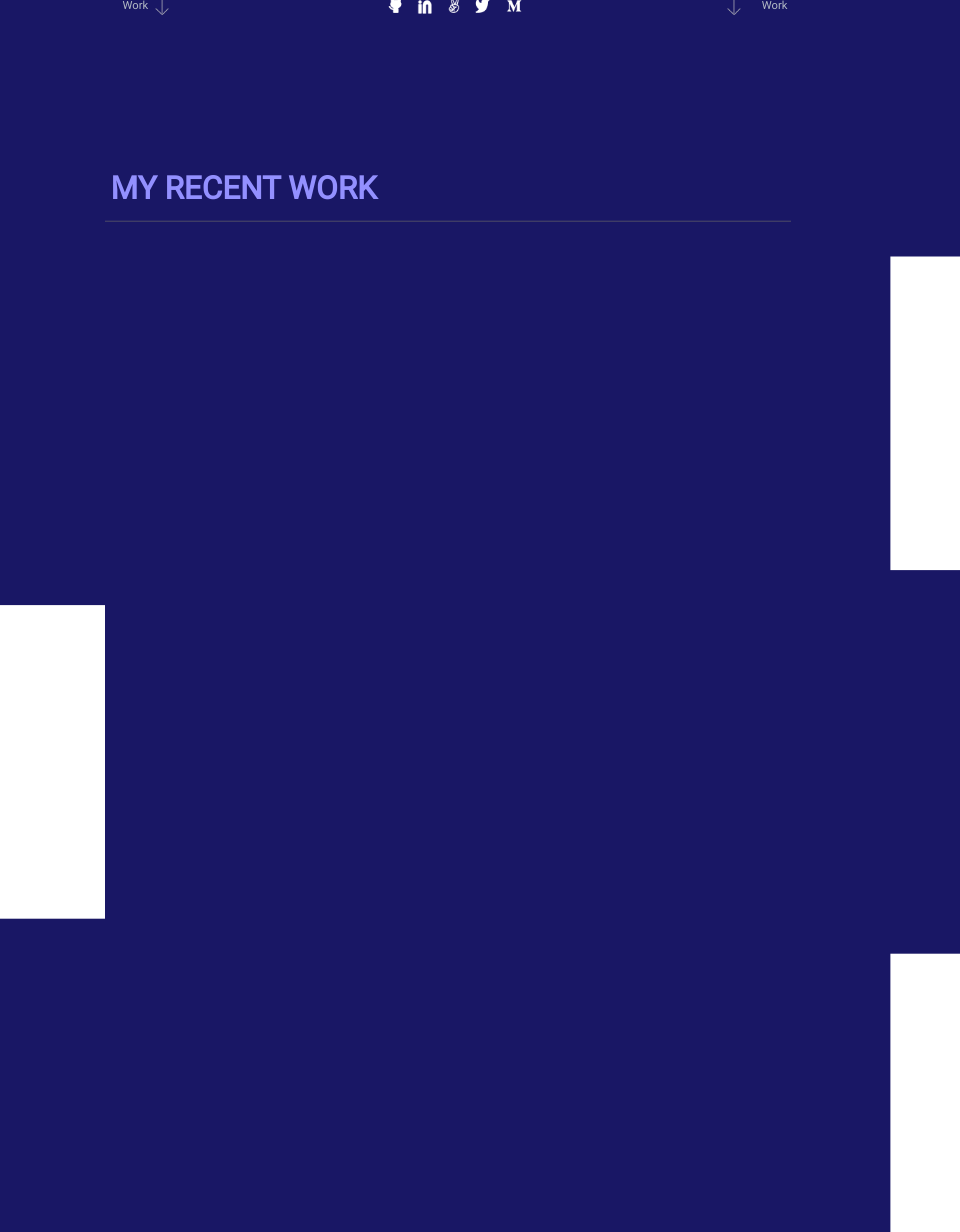
Repository: mustabbas/Portfolio
Page: index.html
These files come from the project's save history. The page is drawn as it stood at one moment and after the next save; the edit follows.
The browser window is 1280 px wide. The page is 1280 px wide, then 1371 px, so the pictures cover 1371 px, including what lies to the right of the window. The pictures show the part of the page from y = 848 to 2608 px (the page is 4256 px tall before and 4830 px after), at 70% of full size.

Above is the page before, as saved 2021-08-25 02:05:29.

After the next save:
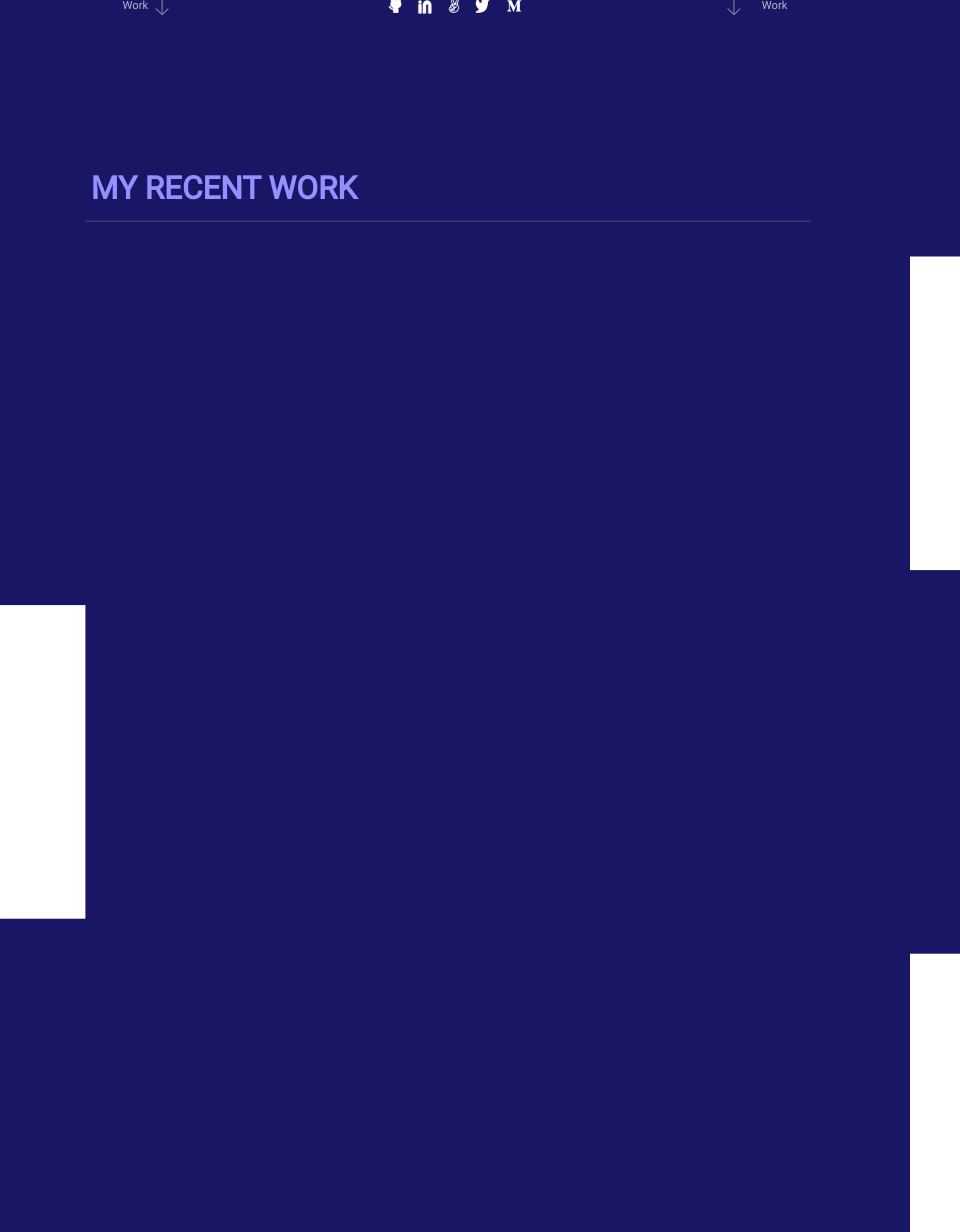
Saved 73 s later.
--- a/index.html
+++ b/index.html
@@ -19,23 +19,6 @@
     </script>
   </head>
   <body>
-<head>
-    <meta charset="UTF-8">
-    <meta name="viewport" content="width=device-width, initial-scale=1.0">
-    <meta http-equiv="X-UA-Compatible" content="ie=edge">
-    <link rel="stylesheet" href="style.css"/>
-    <title>Mustafa Portfolio</title>
-    <!-- Global site tag (gtag.js) - Google Analytics -->
-<script async src="https://www.googletagmanager.com/gtag/js?id=G-TS9HX0J7DB"></script>
-<script>
-  window.dataLayer = window.dataLayer || [];
-  function gtag(){dataLayer.push(arguments);}
-  gtag('js', new Date());
-
-  gtag('config', 'G-TS9HX0J7DB');
-</script>
-</head>
-<body>
     <section class="container">
       <header class="header">
         <a href="#">Mustafa Abbas</a>
@@ -161,6 +144,7 @@
       </div>
       <div class="card card-left">
         <img src="./assets/img/Placeholder.png" alt="recent-work" />
+<<<<<<< HEAD
         <div class="card-body">
           <h4>Multi-Post Stories</h4>
           <p>A daily selection of privately personalized reads; no accounts or sign-ups required. has been the industry's standard dummy text ever since the 1500s, when an unknown printer took a standard dummy text.</p>
@@ -178,21 +162,43 @@
       </div>
       <div class="card card-reverse">
         <img src="./assets/img/Placeholder.png" alt="recent-work" />
-        <div class="card-body">
-          <h4>Multi-Post Stories</h4>
-          <p>A daily selection of privately personalized reads; no accounts or sign-ups required. has been the industry's standard dummy text ever since the 1500s, when an unknown printer took a standard dummy text.</p>
-          <ul>
-            <li>css</li>
-            <li class="vertical-line"></li>
-            <li>html</li>
-            <li class="vertical-line"></li>
-            <li>bootstrap</li>
-            <li class="vertical-line"></li>
-            <li>Ruby</li>
-          </ul>
-          <button type="button" class="button">See Project</button>
-        </div>
-      </div>
+=======
+>>>>>>> 632087dd622fc276d9805d4b4ea435697591e4b8
+        <div class="card-body">
+          <h4>Multi-Post Stories</h4>
+          <p>A daily selection of privately personalized reads; no accounts or sign-ups required. has been the industry's standard dummy text ever since the 1500s, when an unknown printer took a standard dummy text.</p>
+          <ul>
+            <li>css</li>
+            <li class="vertical-line"></li>
+            <li>html</li>
+            <li class="vertical-line"></li>
+            <li>bootstrap</li>
+            <li class="vertical-line"></li>
+            <li>Ruby</li>
+          </ul>
+          <button type="button" class="button">See Project</button>
+        </div>
+      </div>
+<<<<<<< HEAD
+=======
+      <div class="card card-reverse">
+        <img src="./assets/img/Placeholder.png" alt="recent-work" />
+        <div class="card-body">
+          <h4>Multi-Post Stories</h4>
+          <p>A daily selection of privately personalized reads; no accounts or sign-ups required. has been the industry's standard dummy text ever since the 1500s, when an unknown printer took a standard dummy text.</p>
+          <ul>
+            <li>css</li>
+            <li class="vertical-line"></li>
+            <li>html</li>
+            <li class="vertical-line"></li>
+            <li>bootstrap</li>
+            <li class="vertical-line"></li>
+            <li>Ruby</li>
+          </ul>
+          <button type="button" class="button">See Project</button>
+        </div>
+      </div>
+>>>>>>> 632087dd622fc276d9805d4b4ea435697591e4b8
     </section>
 
     <div class="card-container">
@@ -204,12 +210,15 @@
           <form method="POST" action="https://formspree.io/f/xdoypzrq" id="aboutmeForm">
             <input type="text" name="name" placeholder="Text Input" maxlength="30" required />
             <input type="email" name="email" placeholder="jeremy@gmail.com" required />
+<<<<<<< HEAD
         <h3 class="h3-sm">CONTACT US</h3>
         <h3 class="h3-l">Let’s chat!</h3>
         <p id="contact-p">If you have an application you are interested in developing, a feature that you need built or a project that needs coding. I’d love to help with it </p>
         <form method="POST" action="https://formspree.io/f/xdoypzrq" id="aboutmeForm">
             <input type="text" name="name" placeholder="Text Input" maxlength="30" required/>
             <input type="email" name="email" placeholder="jeremy@gmail.com" required/>
+=======
+>>>>>>> 632087dd622fc276d9805d4b4ea435697591e4b8
             <textarea name="description" rows="15" cols="48" placeholder="Enter text here" maxlength="500" required></textarea>
             <button type="submit" form="aboutmeForm" class="button btn">See Project</button>
           </form>
@@ -238,6 +247,9 @@
     </div>
   </body>
 </html>
+<<<<<<< HEAD
     </div>
 </body>
 </html>
+=======
+>>>>>>> 632087dd622fc276d9805d4b4ea435697591e4b8
